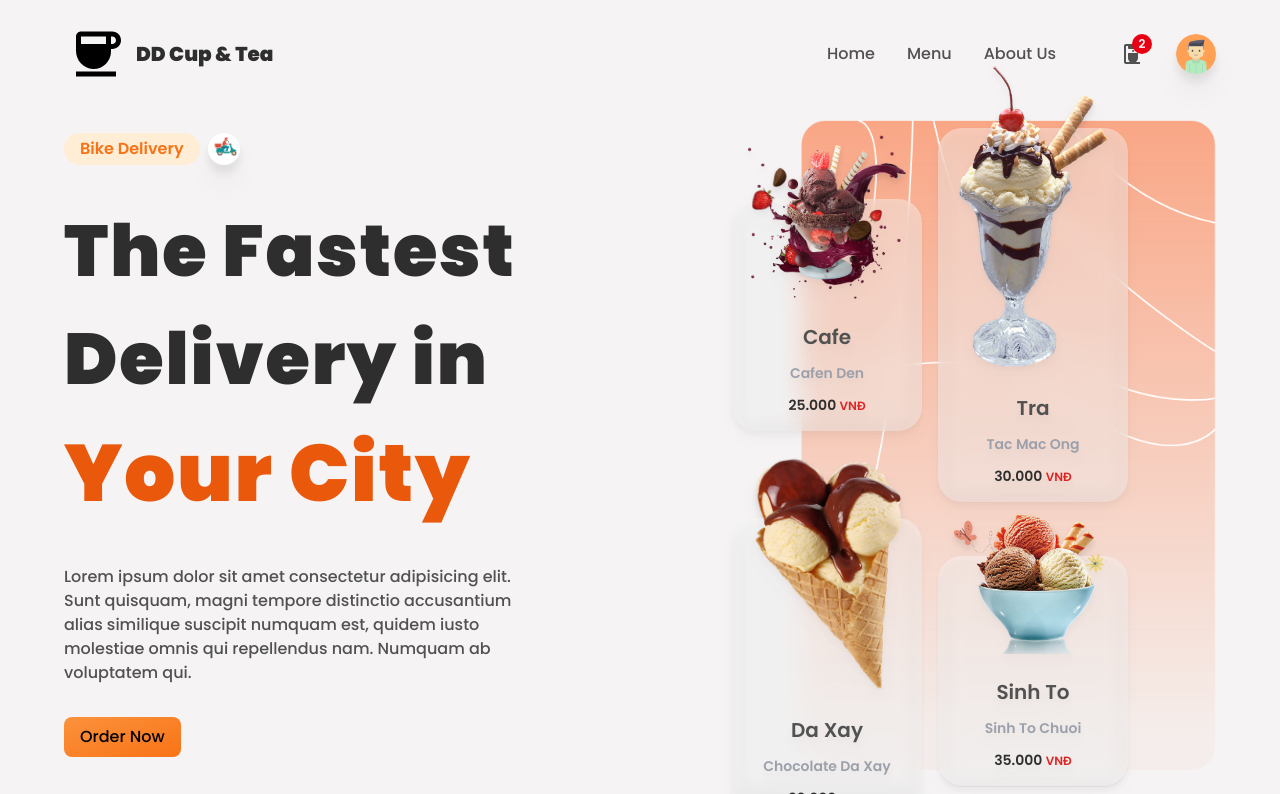
Repository: duongspm/ddcoffee
Page: /
The author's editor kept a copy of each file at every save. The page is drawn from the files as they stood at one save, then again after a run of saves.
The browser window is 1280 px wide. The pictures show the whole page.
The project was rebuilt for these pictures with package versions that can differ from the ones it lists, and the page was loaded fresh each time. Also part of the build but not shown: src/App.css, src/components/CreateContainer.jsx.

Above is the page before, as saved 2022-07-12 20:12:32.

After the next 2 saves:
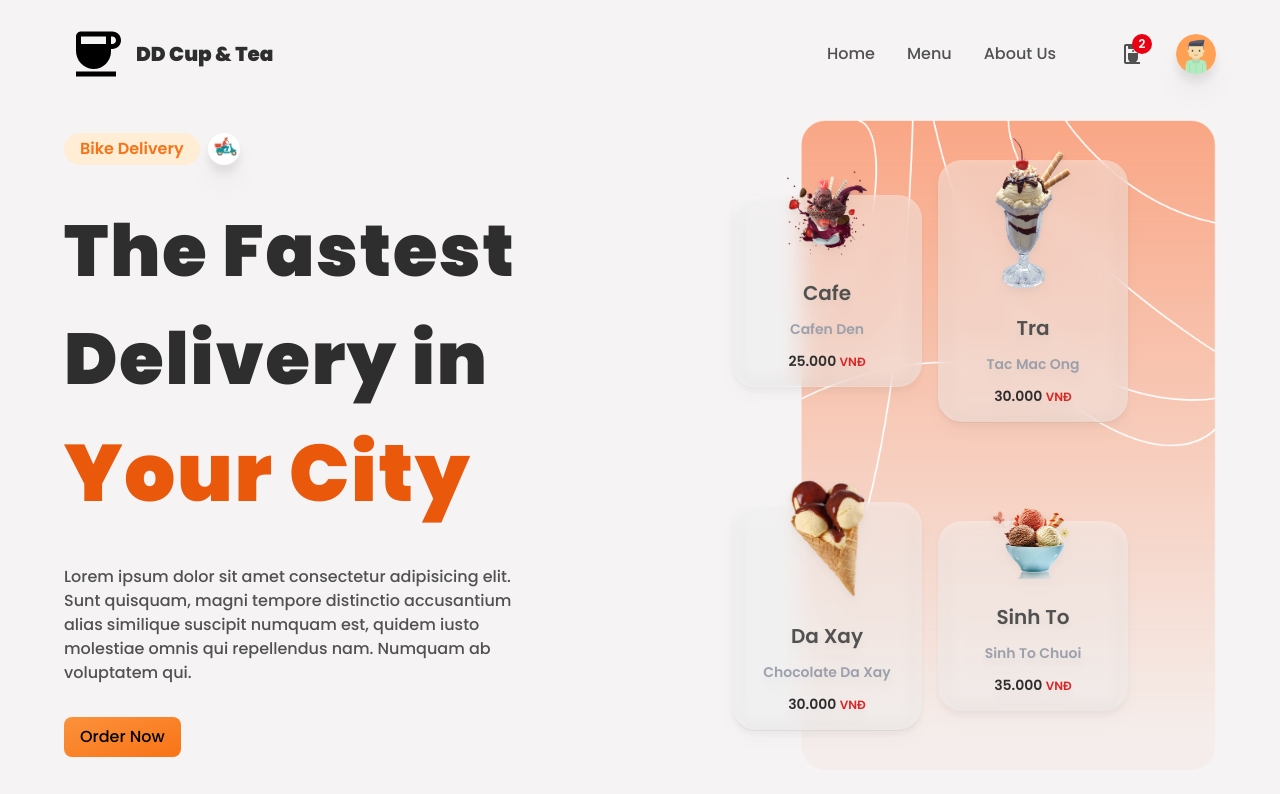
The 2 saves are shown as one change because they came seconds apart.
The last was saved 58 s later.
--- a/src/components/HomeContainer.jsx
+++ b/src/components/HomeContainer.jsx
@@ -23,7 +23,7 @@ const HomeContainer = () => {
                 <div className='w-full h-full absolute flex items-center justify-center top-0 left-0 py-4 gap-4 flex-wrap'>
                     {heroData && heroData.map(n => (
                         <div key={n.id} className='w-190 bg-cardOverlay backdrop-blur-md p-4 rounded-3xl flex flex-col items-center justify-center lg:w-190 drop-shadow-lg'>
-                        <img src={n.imageSrc} className='w-40 -mt-20' alt='i1'/>
+                        <img src={n.imageSrc} className='w-20 -mt-10' alt='i1'/>
                         <p className='text-xl font-semibold text-textColor mt-6'>{n.name}</p>
                         <p className='text-sm font-semibold text-lighttextGray my-3'>{n.decp}</p>
                         <p className='text-sm font-semibold text-headingColor'>{n.price} <span className='text-xs text-red-600'>VNĐ</span></p>
